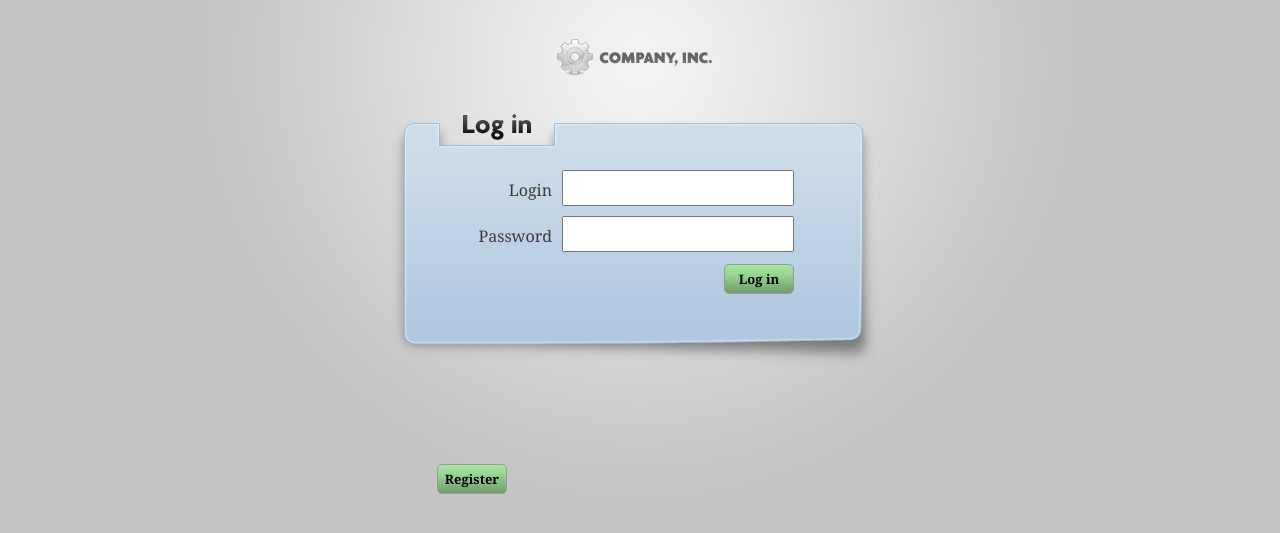
Repository: zlenyk/wrzucak
Page: Shop/WebContent/index.html
An editor plug-in stored every save of this project. The page is shown before and after the next save, followed by the edit.
The browser window is 1280 px wide. The pictures show the whole page.

Above is the page before, as saved 2013-09-23 14:17:22.

### Shop/WebContent/index.html
<!DOCTYPE html PUBLIC "-//W3C//DTD XHTML 1.0 Transitional//EN" "http://www.w3.org/TR/xhtml1/DTD/xhtml1-transitional.dtd">
<html xmlns="http://www.w3.org/1999/xhtml">

<head>
	<meta http-equiv="Content-Type" content="text/html; charset=UTF-8" />

	<title>Login Page</title>

	<link rel="stylesheet" type="text/css" href="style.css" />

</head>

<body>

	<form id="login-form" method="post" action="http://localhost:8080/Shop/Login">
		<fieldset>

			<legend>Log in</legend>

			<label for="login">Login</label>
			<input type="text" id="login" name="login"/>
			<div class="clear"></div>

			<label for="password">Password</label>
			<input type="password" id="password" name="password"/>
			<div class="clear"></div>

			<input type="hidden" name ="action" value = "login" />

			<br />

			<input type="submit" style="margin: -20px 0 0 287px;" class="button" name="commit" value="Log in"/>
		</fieldset>
	</form>

	<form id="reg-form" method="post" action="http://localhost:8080/Shop/Registration">
			<input type="submit" style="margin: 110px 0 0 0px;" class="button" name="commit" value="Register"/>
	</form>
</body>

</html>

### Shop/WebContent/style.css
*					{ margin: 0; padding: 0; }
body				{ font-family: Georgia, serif; background: url(images/login-page-bg.jpg) top center no-repeat #c4c4c4; color: #3a3a3a;  }

.clear				{ clear: both; }

form				{ width: 406px; margin: 170px auto 0; }

legend				{ display: none; }

fieldset			{ border: 0; }

label				{ width: 115px; text-align: right; float: left; margin: 0 10px 0 0; padding: 9px 0 0 0; font-size: 16px; }

input				{ width: 220px; display: block; padding: 4px; margin: 0 0 10px 0; font-size: 18px;
					  color: #3a3a3a; font-family: Georgia, serif;}
input[type=checkbox]{ width: 20px; margin: 0; display: inline-block; }

.button				{ background: url(images/button-bg.png) repeat-x top center; border: 1px solid #999;
					  -moz-border-radius: 5px; padding: 5px; color: black; font-weight: bold;
					  -webkit-border-radius: 5px; font-size: 13px;  width: 70px; }
.button:hover		{ background: white; color: black; }

After the next save:
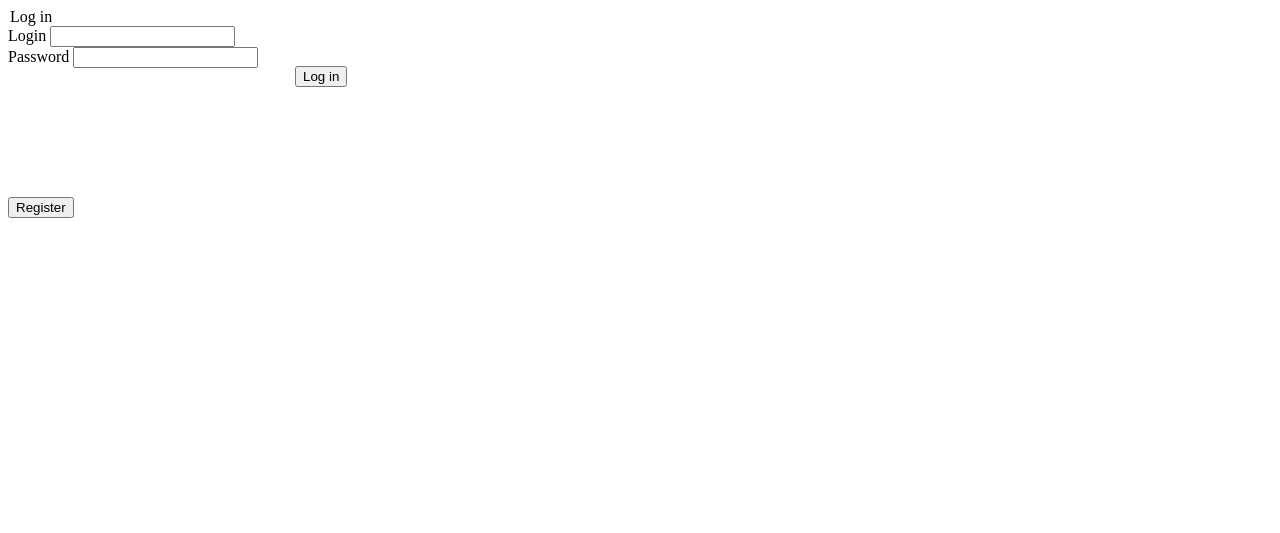
Saved 5 min 2 s later.
--- a/Shop/WebContent/index.html
+++ b/Shop/WebContent/index.html
@@ -2,18 +2,14 @@
 <html xmlns="http://www.w3.org/1999/xhtml">
 
 <head>
-	<meta http-equiv="Content-Type" content="text/html; charset=UTF-8" />
 
 	<title>Login Page</title>
-
-	<link rel="stylesheet" type="text/css" href="style.css" />
 
 </head>
 
 <body>
 
-	<form id="login-form" method="post" action="http://localhost:8080/Shop/Login">
-		<fieldset>
+	<formmethod="post" action="http://localhost:8080/Shop/Login">
 
 			<legend>Log in</legend>
 
@@ -29,8 +25,7 @@
 
 			<br />
 
-			<input type="submit" style="margin: -20px 0 0 287px;" class="button" name="commit" value="Log in"/>
-		</fieldset>
+			<input type="submit" style="margin: -20px 0 0 287px;" value="Log in"/>
 	</form>
 
 	<form id="reg-form" method="post" action="http://localhost:8080/Shop/Registration">
